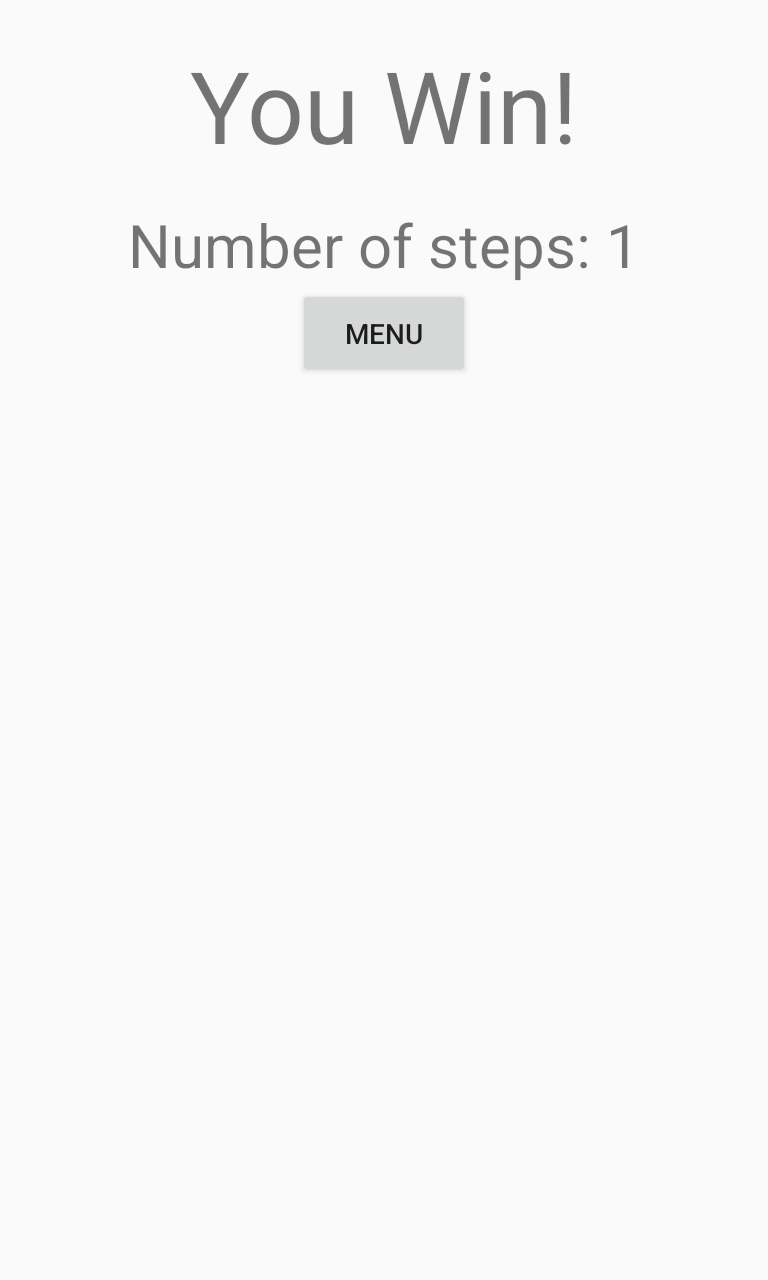
Repository: Rukshar/Native-App
Layout: nPuzzle10694676/nPuzzle10694676/res/layout/you_win.xml
An editor plug-in stored every save of this project. The layout is shown before and after the next save, followed by the edit.
It is drawn on a 768 x 1280 px phone screen (xhdpi) without system bars, with theme AppTheme; the app's code is not run.

Above is the layout before, as saved 2014-11-20 16:53:34.

### nPuzzle10694676/nPuzzle10694676/res/layout/you_win.xml
<?xml version="1.0" encoding="utf-8"?>
<RelativeLayout xmlns:android="http://schemas.android.com/apk/res/android"
    android:layout_width="match_parent"
    android:layout_height="match_parent"
    android:orientation="vertical" >

    <TextView
        android:id="@+id/steps"
        android:layout_width="wrap_content"
        android:layout_height="wrap_content"
        android:layout_alignParentTop="true"
        android:layout_centerHorizontal="true"
        android:layout_marginTop="19dp"
        android:gravity="fill_horizontal"
        android:text="You Win!"
        android:textSize="50dp" />

    <TextView
        android:id="@+id/youwin"
        android:layout_width="wrap_content"
        android:layout_height="wrap_content"
        android:layout_below="@+id/steps"
        android:layout_centerHorizontal="true"
        android:layout_marginTop="16dp"
        android:gravity="fill_horizontal"
        android:text="Number of steps: 1"
        android:textSize="30dp" />

    <Button
        android:id="@+id/button1"
        android:layout_width="wrap_content"
        android:layout_height="wrap_content"
        android:layout_below="@+id/youwin"
        android:layout_centerHorizontal="true"
        android:text="Menu" />

</RelativeLayout>

Loaded but not shown: nPuzzle10694676/nPuzzle10694676/res/values/styles.xml (common file); nPuzzle10694676/nPuzzle10694676/res/values-v11/styles.xml (common file); nPuzzle10694676/nPuzzle10694676/res/values-v14/styles.xml (common file)

After the next save:
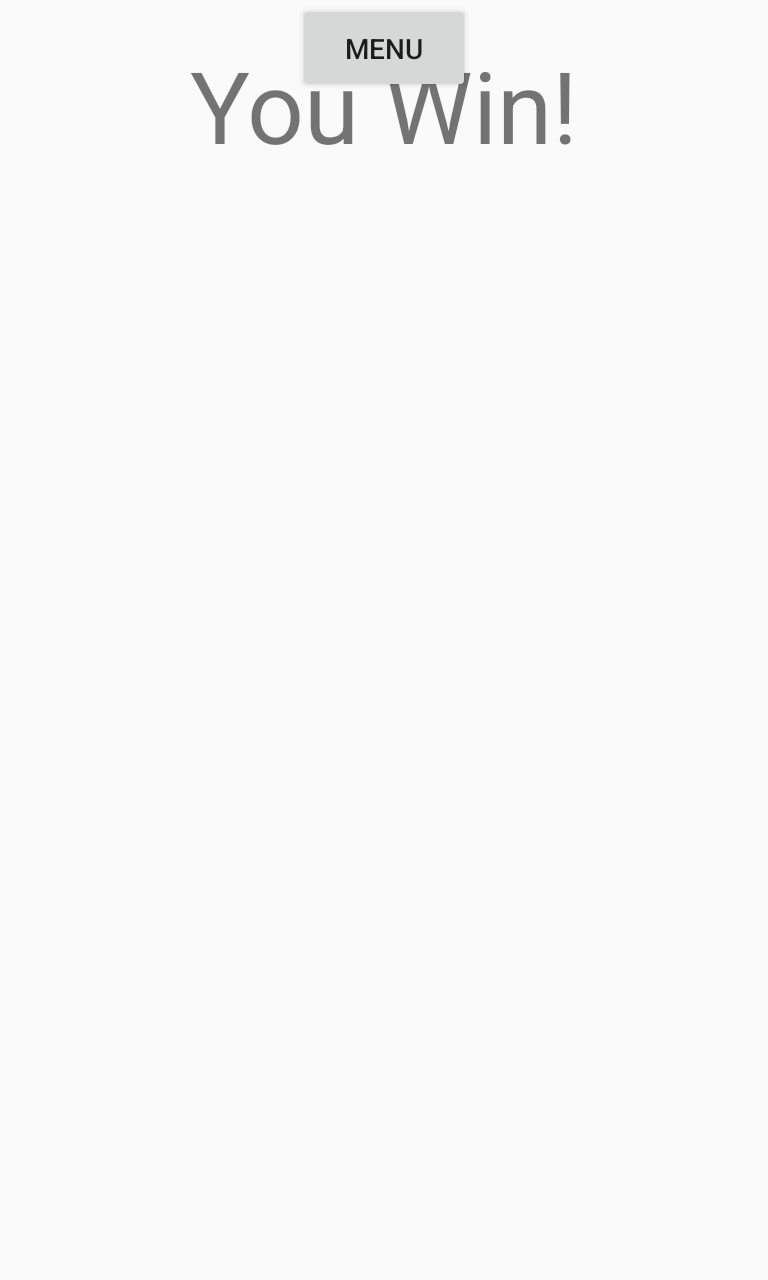
Saved 3 min 31 s later.
--- a/nPuzzle10694676/nPuzzle10694676/res/layout/you_win.xml
+++ b/nPuzzle10694676/nPuzzle10694676/res/layout/you_win.xml
@@ -16,7 +16,7 @@
         android:textSize="50dp" />
 
     <TextView
-        android:id="@+id/youwin"
+        android:id="@+id/steps"
         android:layout_width="wrap_content"
         android:layout_height="wrap_content"
         android:layout_below="@+id/steps"
